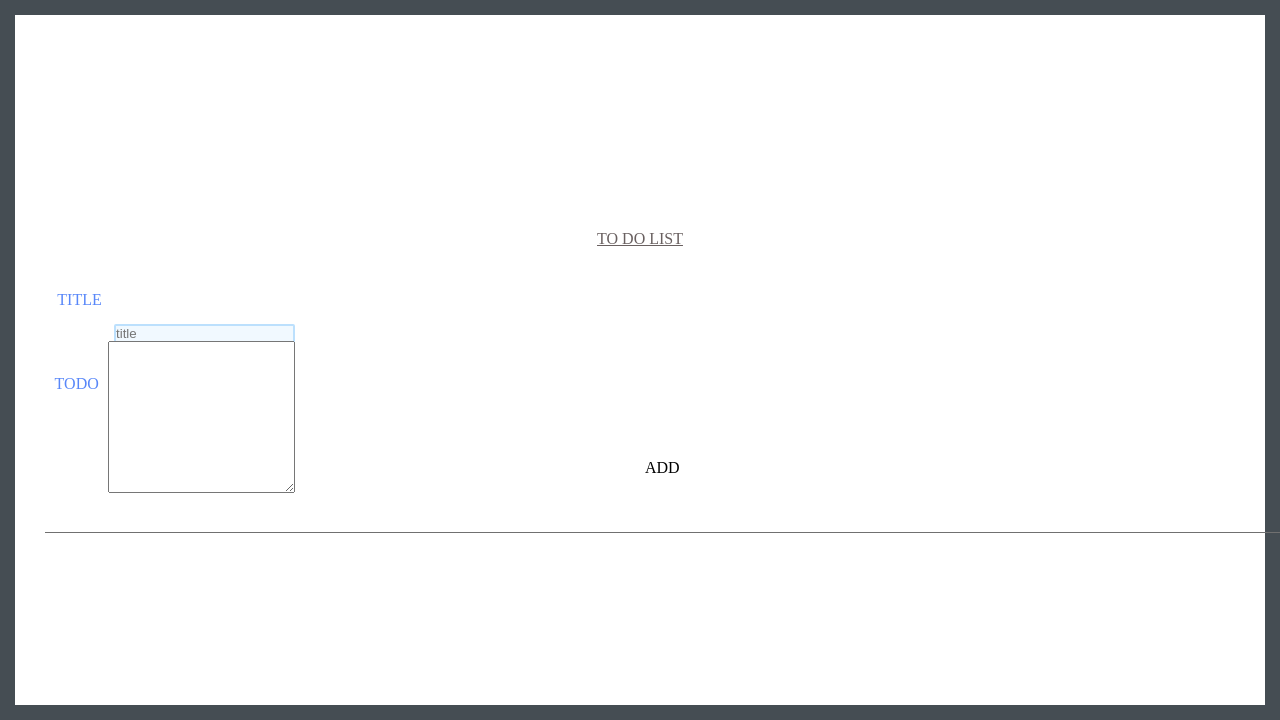
Repository: NagataRyuji0630/shinjin-otameshi
Page: todo_white_board.html
These files come from the project's save history. The page is drawn as it stood at one moment and after the next save; the edit follows.
The browser window is 1280 px wide. The pictures show the whole page.

Above is the page before, as saved 2020-06-11 22:48:22.
Not found: todoWhiteBoard.js

### todo_white_board.html
<!DOCTYPE html>
<html lang="ja">

<head>
    <meta charset="UTF-8">
    <meta name="viewport" content="width=device-width, initial-scale=1.0">
    <meta http-equiv="X-UA-Compatible" content="ie=edge">
    <link rel="stylesheet" href="./todo_white_board.css">
    <script src="./constants.js"></script>
    <script src="./domAction.js"></script>
    <script src="./todoWhiteBoard.js"></script>
    <title>Todo White Board</title>
</head>

<body>
    <div class="white_board display_flex_justify direction_colum">

        <div id="board_title_container" class="display_flex_all">
            <div id="board_title">TO DO LIST</div>
        </div>

        <div id="form_container" class="display_flex_justify direction_colum">

            <div class="input_content display_flex_all direction_row">
                <div class="input_title">TITLE</div>
                <input id="todo_title" type="text" placeholder="title" />
            </div>

            <div class="input_content display_flex_all direction_row">
                <div class="input_title">TODO</div>
                <textarea id="todo_detail" cols="30" rows="10"></textarea>
            </div>

            <div id="btn_container" class="display_flex_justify">
                <div class="btn red_btn">
                    <div class="btn_text">ADD</div>
                </div>
            </div>
        </div>

        <div id="todo_list_container"></div>
    </div>
</body>

</html>

### todo_white_board.css
* {
    margin: 0px;
    padding: 0px;
    box-sizing: border-box;
}

body, html {
    width: 100%;
    height: 100%;
    font-size: 16px;
    overflow-x: hidden;
}

.display_flex_all {
    display: flex;
    justify-content: center;
    align-items: center;
}

.display_flex_justify {
    display: flex;
    justify-content: center;
}

.display_flex_align {
    display: flex;
    align-items: center;
}

.direction_colum {
    flex-direction: column;
}

.direction_row {
    flex-direction: row;
}

.white_board {
    width: 100%;
    height: 100%;
    border: 15px solid #454D53;
}

#board_title_container {
    width: auto;
    height: 15%;
}

#board_title {
    text-align: center;
    text-decoration: underline;
    font: Bold 50px;
    letter-spacing: 0px;
    color: #696060;
}

#form_container {
    width: 100%;
    height: 35%;
    margin-left: 30px;
    border-bottom: 1px solid #707070;
}

.input_content {
    width: 20%;
    height: 35%;
}

.input_title {
    width: 35%;
    height: 100%;
    text-align: center;
    font: Bold 20px;
    letter-spacing: 0px;
    color: #5887F9;
}

#todo_title {
    background: #F1F9FF 0% 0% no-repeat padding-box;
    border: 2px solid #BCE0FD;
    border-radius: 2px;
}

#todo_detail {
    text-align: left;
    font: Bold 20px;
    letter-spacing: 0px;
    color: #5887F9;
}

#btn_container {
    width: 100%;
    height: 30%;
}

.btn {
    width: 50px;
    height: 30px;
}

Loaded but not shown: constants.js (no stored copy; drawn as an empty file); domAction.js (no stored copy; drawn as an empty file)

After the next save:
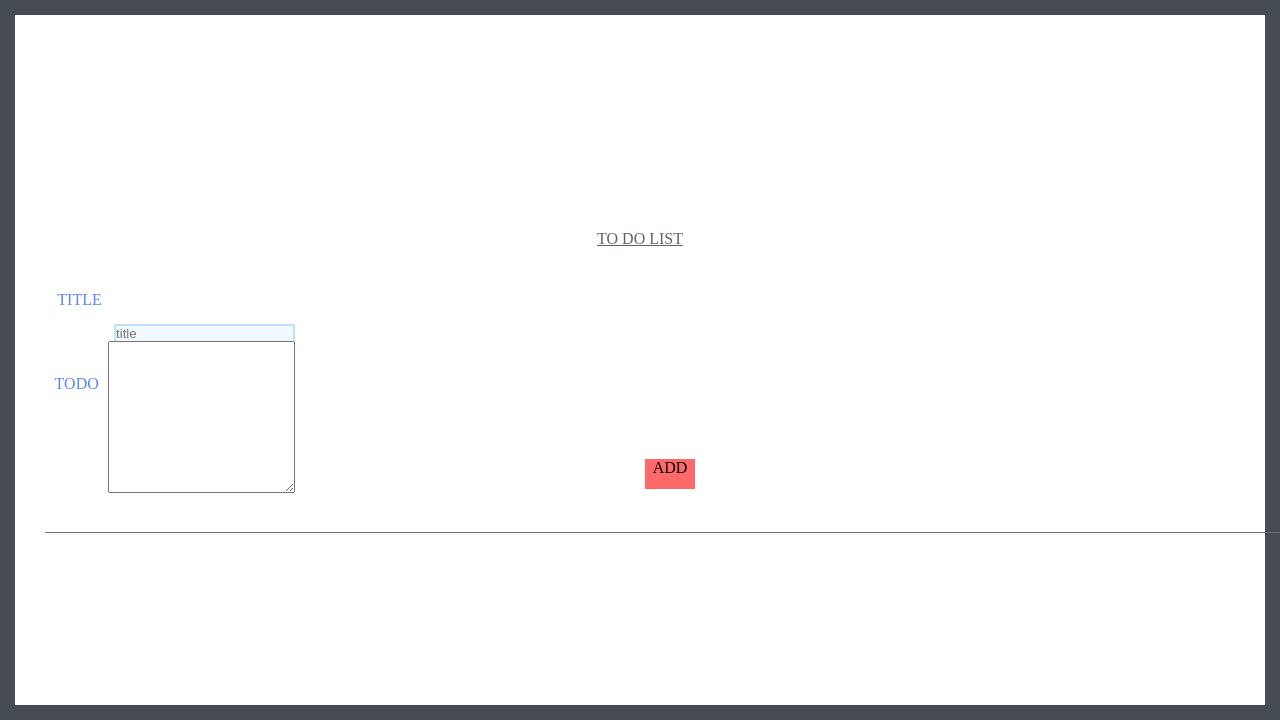
Saved 79 s later.
--- a/todo_white_board.css
+++ b/todo_white_board.css
@@ -96,4 +96,9 @@ body, html {
 .btn {
     width: 50px;
     height: 30px;
+    text-align: center;
 }
+
+.red_btn {
+    background-color: #FF6969;
+}
